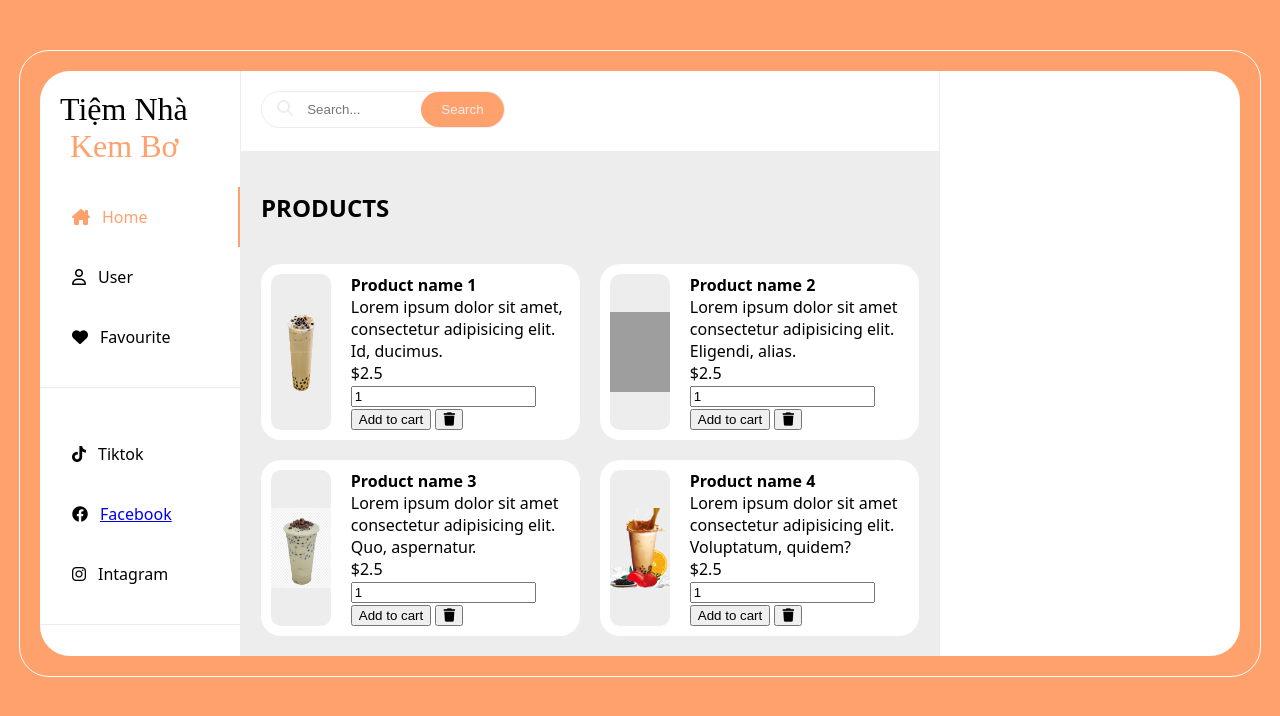
Repository: hnguyeng/tiemnhabo
Page: index.html
The author's editor kept a copy of each file at every save. The page is drawn from the files as they stood at one save, then again after the next save.
The browser window is 1280 px wide. The pictures show the whole page.
Pictures or frames that could not be fetched are drawn as grey boxes.

Above is the page before, as saved 2022-12-13 16:06:45.

After the next save:
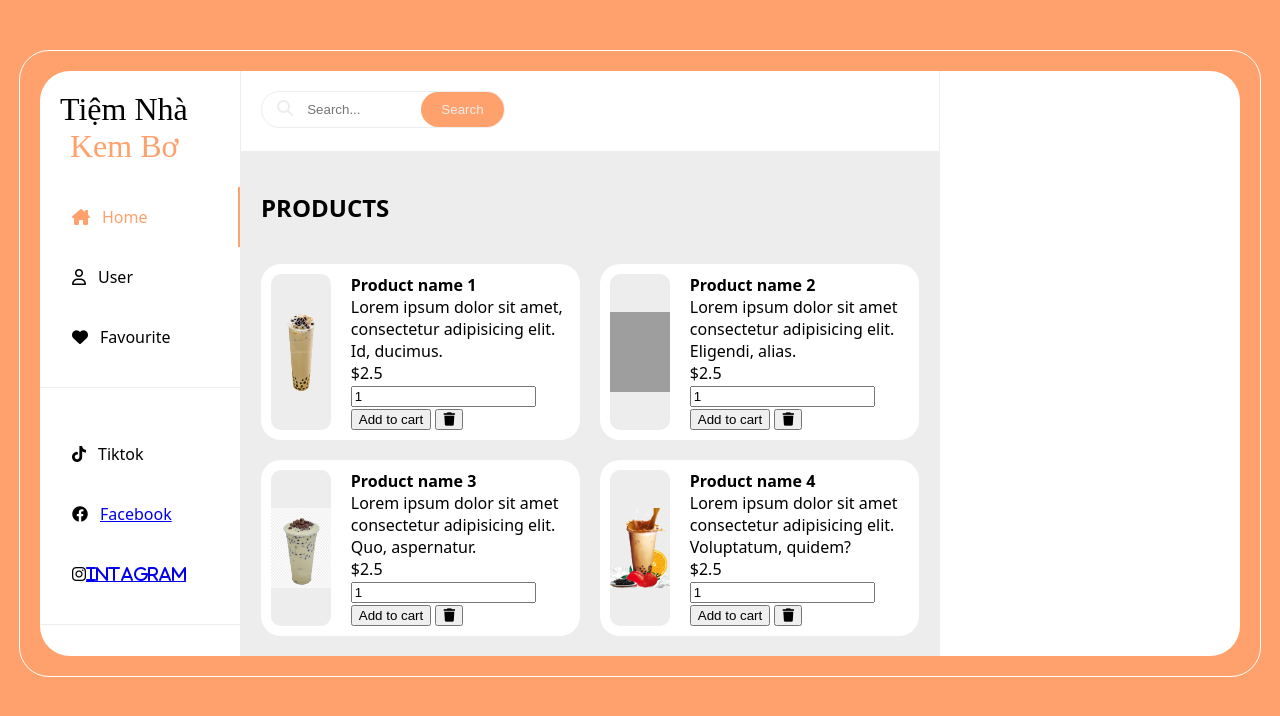
Saved 97 s later.
--- a/index.html
+++ b/index.html
@@ -22,7 +22,7 @@
             <ul>
                 <li><i class="fa-brands fa-tiktok"></i>Tiktok</li>
                 <li><i class="fa-brands fa-facebook"></i><a href="https://www.facebook.com/Hin229/">Facebook</a> </li>
-                <li><i class="fa-brands fa-instagram"></i>Intagram</li>
+                <li><i class="fa-brands fa-instagram"><a href="https://www.instagram.com/n.q.h.2209/">Intagram</a></i></li>
             </ul>
         </div>
         <div class="center">
